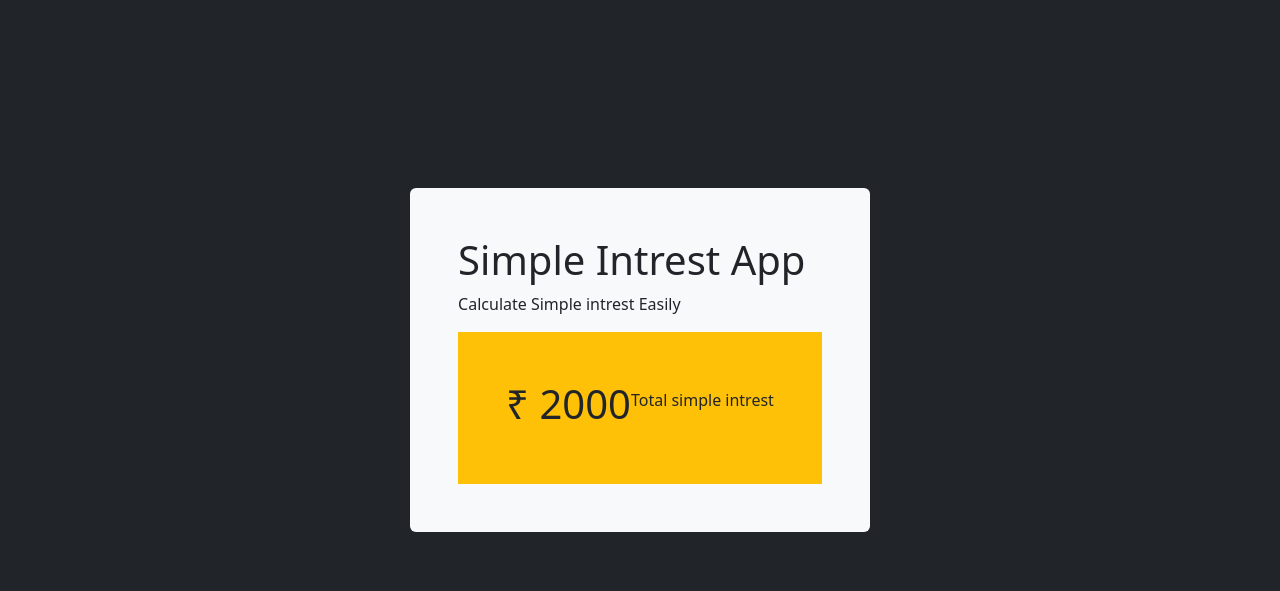
Repository: Afraz13/simple-intrest
Page: /
The author's editor kept a copy of each file at every save. The page is drawn from the files as they stood at one save, then again after the next save.
The browser window is 1280 px wide. The pictures show the whole page.
The project was rebuilt for these pictures with package versions that can differ from the ones it lists, and the page was loaded fresh each time. Also part of the build but not shown: src/index.css, src/App.css.

Above is the page before, as saved 2024-07-15 20:31:00.

After the next save:
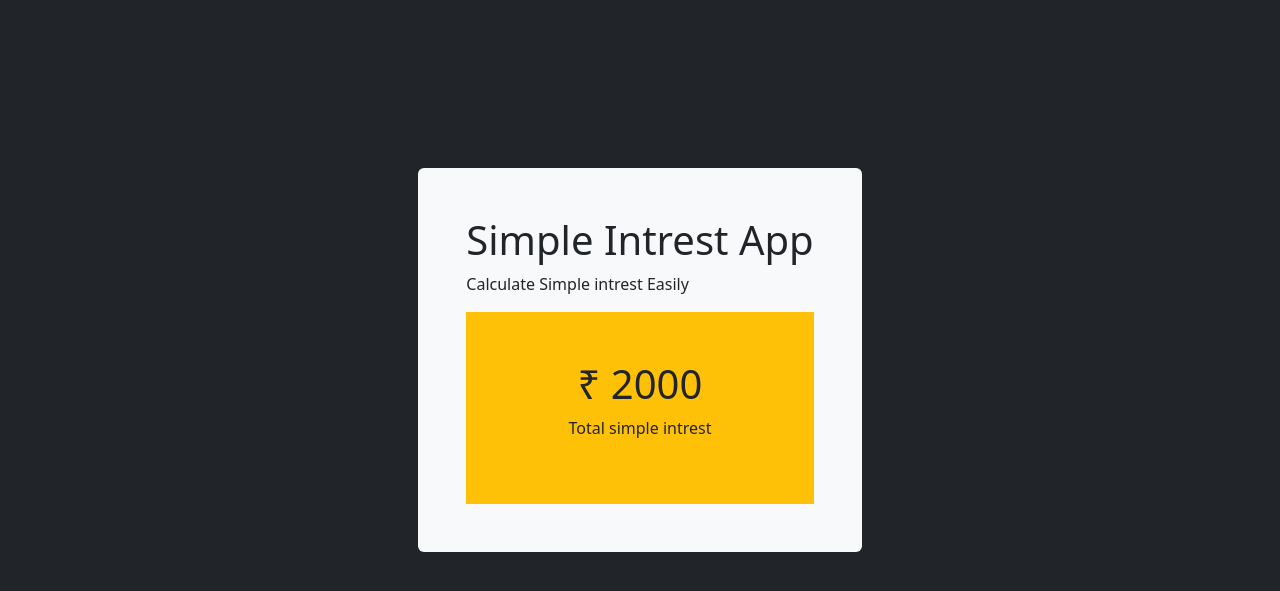
Saved 4 s later.
--- a/src/App.js
+++ b/src/App.js
@@ -7,7 +7,7 @@ function App() {
     <div className='bg-light p-5 rounded'>
     <h1>Simple Intrest App</h1>
     <p>Calculate Simple intrest Easily</p>
-    <div className='bg-warning d-flex justify-content-center align-items-center p-5 flex-c '>
+    <div className='bg-warning d-flex justify-content-center align-items-center p-5 flex-column '>
       <h1>₹ 2000</h1>
       <p>Total simple intrest</p>
     </div>
